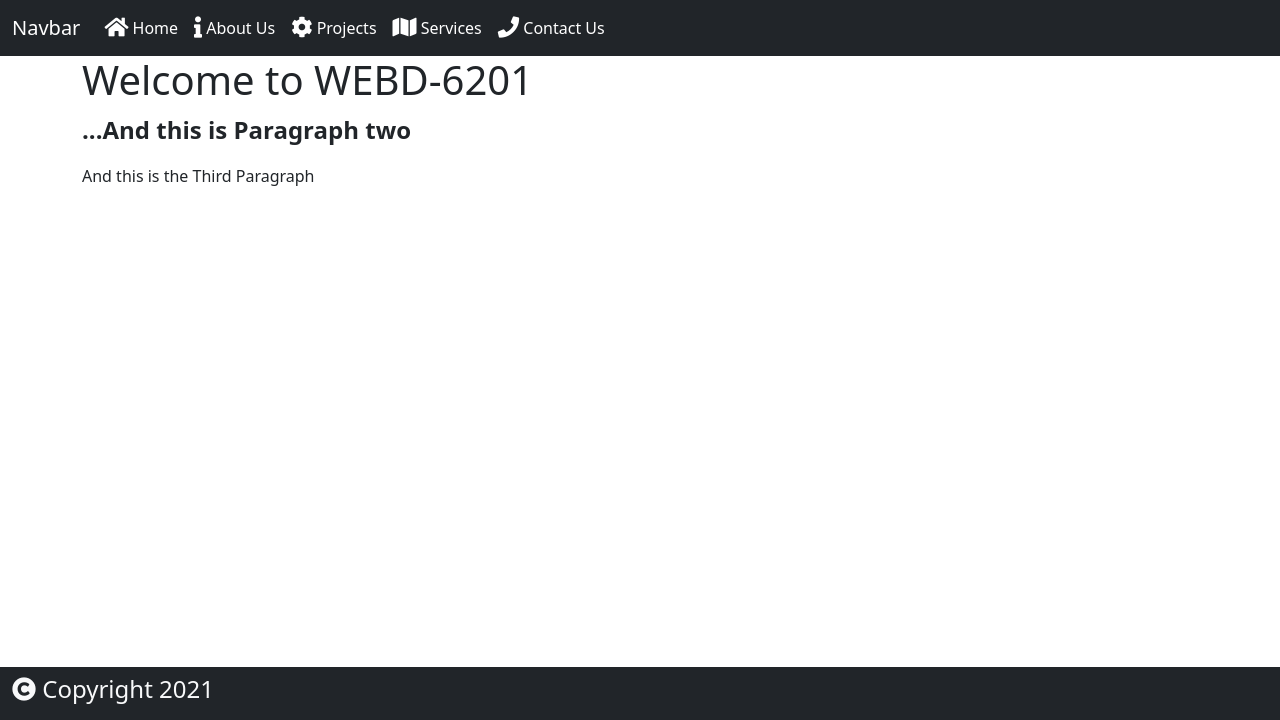
Repository: CKM206/WEBD6201-W2021---ICE1
Page: index.html
The author's editor kept a copy of each file at every save. The page is drawn from the files as they stood at one save, then again after the next save.
The browser window is 1280 px wide. The pictures show the whole page.

Above is the page before, as saved 2021-01-21 08:50:34.

### index.html
<!DOCTYPE html>
<html lang="en">
<head>
    <meta charset="UTF-8">
    <meta name="viewport" content="width=device-width, initial-scale=1.0">
    <title>Home</title>
    <!-- CSS Section -->
    <!-- Inject Bootstrap first, always-->
    <link rel="stylesheet"
    href="./node_modules/bootstrap/dist/css/bootstrap.min.css">
    <!-- Now inject Icon Fonts using Font Awesome-->
    <link rel="stylesheet"
    href="./node_modules/@fortawesome/fontawesome-free/css/all.min.css">
    <!-- Now inject our custom css-->
    <link rel="stylesheet" href="./Content/app.css">
</head>
<body>
    <!-- Main Header -->
    <header>
      <!-- Main Navigation -->
        <nav class="navbar navbar-expand-lg navbar-dark bg-dark">
            <div class="container-fluid">
              <a class="navbar-brand" href="index.html">Navbar</a>
              <button class="navbar-toggler" type="button" data-bs-toggle="collapse" data-bs-target="#navbarSupportedContent" aria-controls="navbarSupportedContent" aria-expanded="false" aria-label="Toggle navigation">
                <span class="navbar-toggler-icon"></span>
              </button>
              <div class="collapse navbar-collapse" id="navbarSupportedContent">
                <ul class="navbar-nav me-auto mb-2 mb-lg-0">
                  <li class="nav-item">
                    <a class="nav-link active" aria-current="page" href="index.html"><i class="fas fa-home fa-lg"></i> Home</a>
                  </li>
                  <li class="nav-item">
                    <a class="nav-link active" aria-current="page" href="about.html"><i class="fas fa-info fa-lg"></i> About Us</a>
                  </li>
                  <li class="nav-item">
                    <a class="nav-link active" aria-current="page" href="projects.html"><i class="fas fa-cog fa-lg"></i> Projects</a>
                  </li>
                  <li class="nav-item">
                    <a class="nav-link active" aria-current="page" href="services.html"><i class="fas fa-map fa-lg"></i> Services</a>
                  </li>
                  <li class="nav-item">
                    <a class="nav-link active" aria-current="page" href="contacts.html"><i class="fas fa-phone fa-lg"></i> Contact Us</a>
                  </li>
                </ul>
              </div>
            </div>
          </nav>
    </header>
    <!-- Main Content -->
    <main class="container">
        <h1>Welcome to WEBD-6201</h1>
        <p id="paragraphOne"></p>
    </main>

    <!-- Footer Section -->
    <footer>
        <nav class="navbar fixed-bottom navbar-dark bg-dark">
            <div class="container-fluid">
              <h4 class="text-light"><i class="fas fa-copyright text-light"></i> Copyright 2021</h4>
            </div>
          </nav>
    </footer>

    <!--Script Section-->
    <script src="./node_modules/jquery/dist/jquery.min.js"></script>
    <script src="./node_modules/bootstrap/dist/js/bootstrap.bundle.min.js"></script>
    <script src="./Scripts/app.js"></script>
</body>
</html>

### Content/app.css
/* Custom CSS Here */

### Scripts/app.js
/* Custom Javascript Here */
"use strict";   // Indicate that the code should be executed in "strict mode".

// IIFE - Immediately Invoked Function Expression (Anonymous Self-Executing Function)
//-Acts as a Closure, Limits Scope Leak
(function()
{
    function Start()
    {
        console.log("App Started...");

        // This shows different ways of accessing an element; @see index.html <p> on line 51
        //-Each has its own use and solves different problems
        let paragraphOneText = "This is a simple site to demonstrate DOM Manipulation for ICE 1.";
        let paragraphOneElement = document.getElementById("paragraphOne");

        // let aParagraph = document.getElementsByTagName("p")[0];
        // let allParagraphs = document.getElementsByTagName("p");
        // let paragraphOneQuery = document.querySelector("p");
        // let paragraphOneQuerys = document.querySelectorAll("p");

        // Print each variable to the console, see how each one "points" to the same <p> element
        // console.log(paragraphOneElement);
        // console.log(aParagraph);
        // console.log(allParagraphs[0]);
        // console.log(paragraphOneQuery);
        // console.log(paragraphOneQuerys);

        // Assigning values to the textContent of the element we have a reference to
        paragraphOneElement.textContent = paragraphOneText;

        /* We can change the style as well..
          For the most part its best to use css sheets, but this can be useful when attempting
          dynamic effects on the webpage
        */
        //paragraphOneElement.style = "color: blue;";

        /* We can change the class of an element as well...
        * This is probably a better way of assigning css to elements (As compared to above)
        */
        //paragraphOneElement.className = "fs-4 fw-bold";


        // Injecting a new element
        let newParagraph = document.createElement("p");             // Create the Element
        newParagraph.setAttribute("id","paragraphTwo");             // Configure the Element
        newParagraph.textContent = "...And this is Paragraph two"   //--
        let mainContent = document.getElementsByTagName("main")[0]; // Get a reference to the Main Element
        mainContent.appendChild(newParagraph);                      // Append the new Element as a child of main

        // We can still make alterations to this element
        newParagraph.className = "fs-4 fw-bold";

        // Another way of injecting a new Element through Javascript
        let paragraphThree = '<p class ="fs-6">And this is the Third Paragraph</p>';    // Create the Element

        // Notice that this doesnt work, it is assigned as text verbatim, and erases all other content in main
        //mainContent.textContent = paragraphThree;

        let paragraphDiv = document.createElement('div');
        // Converting and Injecting the paragraph, it still erases all other content
        paragraphDiv.innerHTML = paragraphThree;

       // Insertions
       //-Example of insering before a node
       //newparagraph.before(paragraphDiv);

       // Inserting after a node
       newParagraph.after(paragraphDiv);

       // deletions

       //-Removing a single element
       //paragraphOneElement.remove();

       //-Removing a child element
       mainContent.removeChild(paragraphOneElement);

       // Updating & Modification
       //-Targetted Modifcation
       //mainContent.firstElementChild.textContent = "Welcome Home";

       // Bulk modififying mainContent
       //mainContent.innerHTML =
       //'<h1 id="firstHeading">Welcome to WEBD6201 - Lab 1</h1>' +
       //'<p id="paragraphOne" class="fs-3 fw-bold">A new First Paragraph</p>';



    }

    window.addEventListener("load", Start);
})();

Loaded but not shown: node_modules/bootstrap/dist/css/bootstrap.min.css (library); node_modules/@fortawesome/fontawesome-free/css/all.min.css (library); node_modules/jquery/dist/jquery.min.js (library); node_modules/bootstrap/dist/js/bootstrap.bundle.min.js (library)

After the next save:
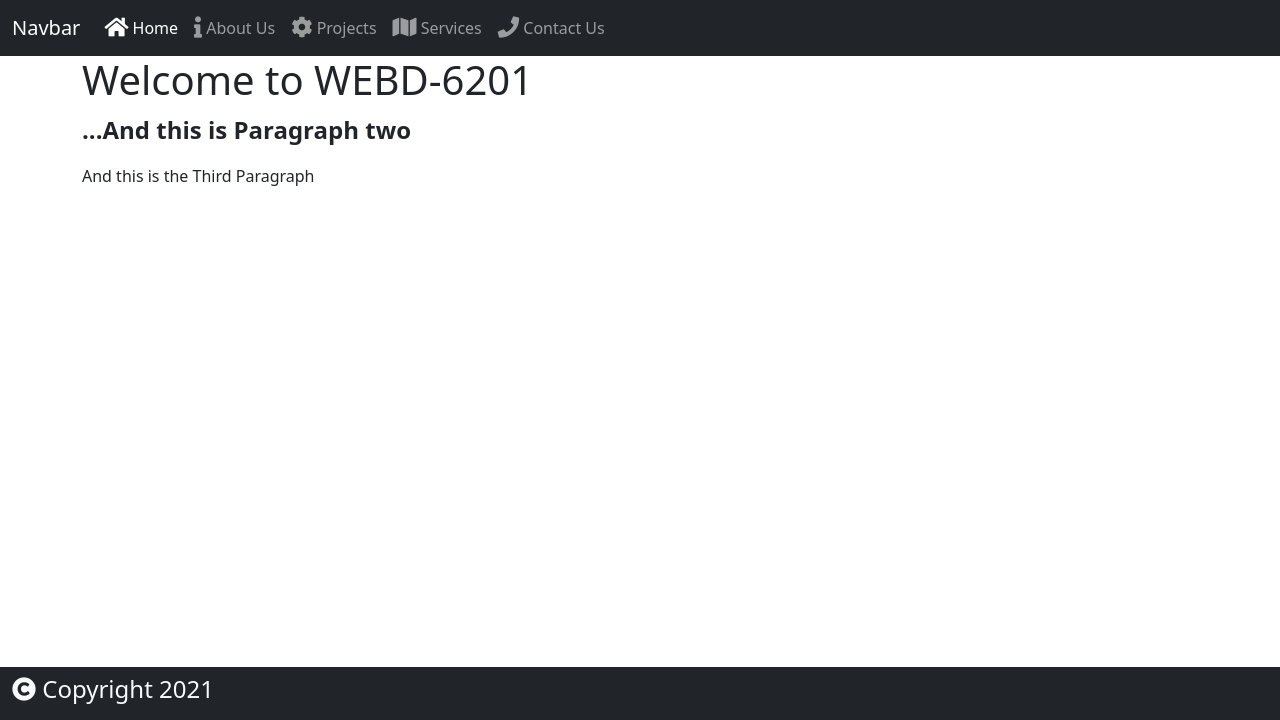
Saved 15 s later.
--- a/index.html
+++ b/index.html
@@ -30,16 +30,16 @@
                     <a class="nav-link active" aria-current="page" href="index.html"><i class="fas fa-home fa-lg"></i> Home</a>
                   </li>
                   <li class="nav-item">
-                    <a class="nav-link active" aria-current="page" href="about.html"><i class="fas fa-info fa-lg"></i> About Us</a>
+                    <a class="nav-link" aria-current="page" href="about.html"><i class="fas fa-info fa-lg"></i> About Us</a>
                   </li>
                   <li class="nav-item">
-                    <a class="nav-link active" aria-current="page" href="projects.html"><i class="fas fa-cog fa-lg"></i> Projects</a>
+                    <a class="nav-link" aria-current="page" href="projects.html"><i class="fas fa-cog fa-lg"></i> Projects</a>
                   </li>
                   <li class="nav-item">
-                    <a class="nav-link active" aria-current="page" href="services.html"><i class="fas fa-map fa-lg"></i> Services</a>
+                    <a class="nav-link" aria-current="page" href="services.html"><i class="fas fa-map fa-lg"></i> Services</a>
                   </li>
                   <li class="nav-item">
-                    <a class="nav-link active" aria-current="page" href="contacts.html"><i class="fas fa-phone fa-lg"></i> Contact Us</a>
+                    <a class="nav-link" aria-current="page" href="contacts.html"><i class="fas fa-phone fa-lg"></i> Contact Us</a>
                   </li>
                 </ul>
               </div>
